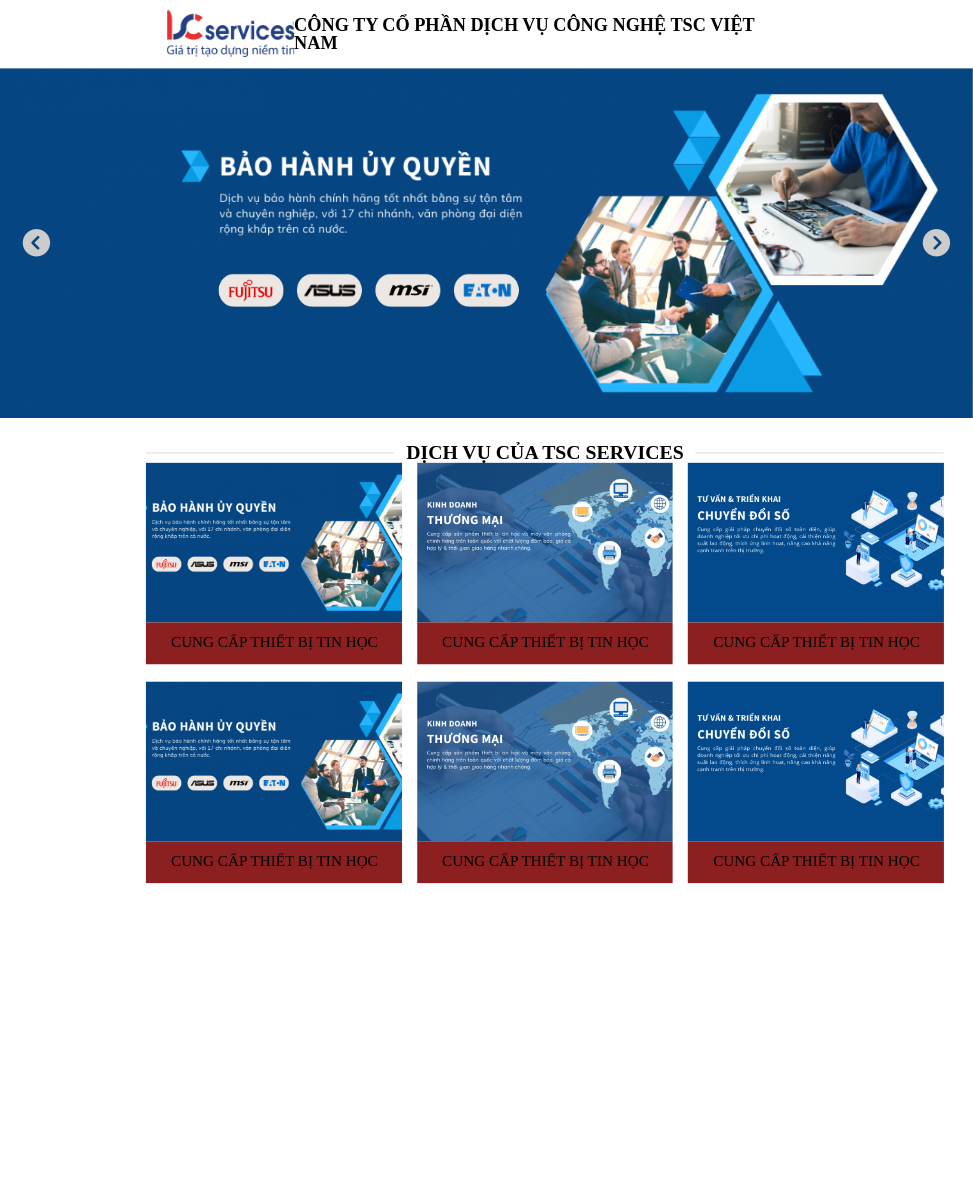
Repository: nguyentrongdai34/tsc-project
Page: index.html
An editor plug-in stored every save of this project. The page is shown before and after the next save, followed by the edit.
The browser window is 1280 px wide. The pictures show the whole page, at 76% of full size.

Above is the page before, as saved 2024-12-03 13:05:19.

After the next save:
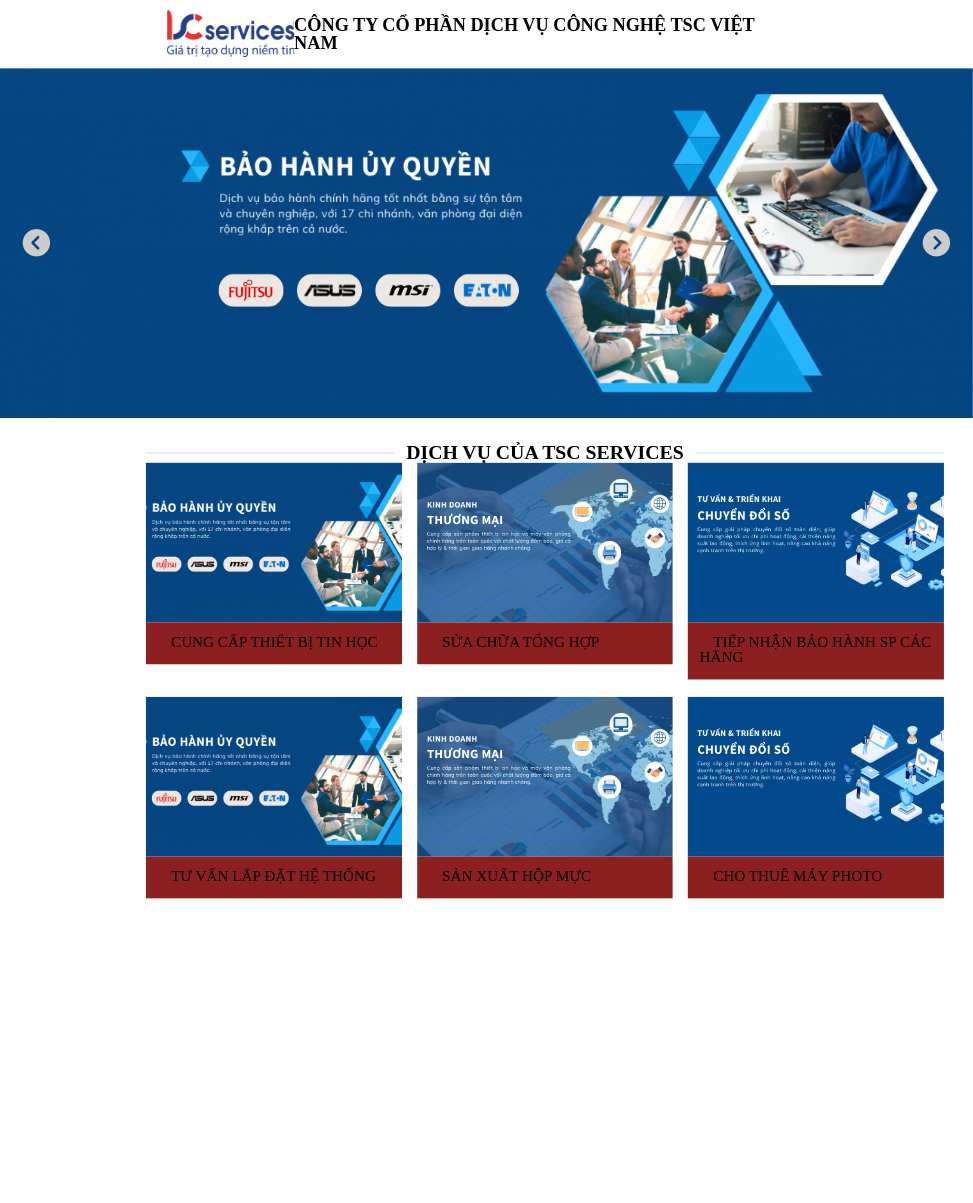
Saved 91 s later.
--- a/index.html
+++ b/index.html
@@ -75,31 +75,33 @@
           <div class="grid-item">
             <img src="./img/tsc2.png" alt="Image 2" />
             <div class="section-box">
-              <span class="box-item-inner">CUNG CẤP THIẾT BỊ TIN HỌC</span>
+              <span class="box-item-inner">SỬA CHỮA TỔNG HỢP</span>
             </div>
           </div>
           <div class="grid-item">
             <img src="./img/tsc3.png" alt="Image 3" />
             <div class="section-box">
-              <span class="box-item-inner">CUNG CẤP THIẾT BỊ TIN HỌC</span>
+              <span class="box-item-inner"
+                >TIẾP NHẬN BẢO HÀNH SP CÁC HÃNG
+              </span>
             </div>
           </div>
           <div class="grid-item">
             <img src="./img/tsc1.png" alt="Image 4" />
             <div class="section-box">
-              <span class="box-item-inner">CUNG CẤP THIẾT BỊ TIN HỌC</span>
+              <span class="box-item-inner">TƯ VẤN LẮP ĐẶT HỆ THỐNG</span>
             </div>
           </div>
           <div class="grid-item">
             <img src="./img/tsc2.png" alt="Image 5" />
             <div class="section-box">
-              <span class="box-item-inner">CUNG CẤP THIẾT BỊ TIN HỌC</span>
+              <span class="box-item-inner">SẢN XUẤT HỘP MỰC</span>
             </div>
           </div>
           <div class="grid-item">
             <img src="./img/tsc3.png" alt="Image 6" />
             <div class="section-box">
-              <span class="box-item-inner">CUNG CẤP THIẾT BỊ TIN HỌC</span>
+              <span class="box-item-inner">CHO THUÊ MÁY PHOTO</span>
             </div>
           </div>
         </div>
